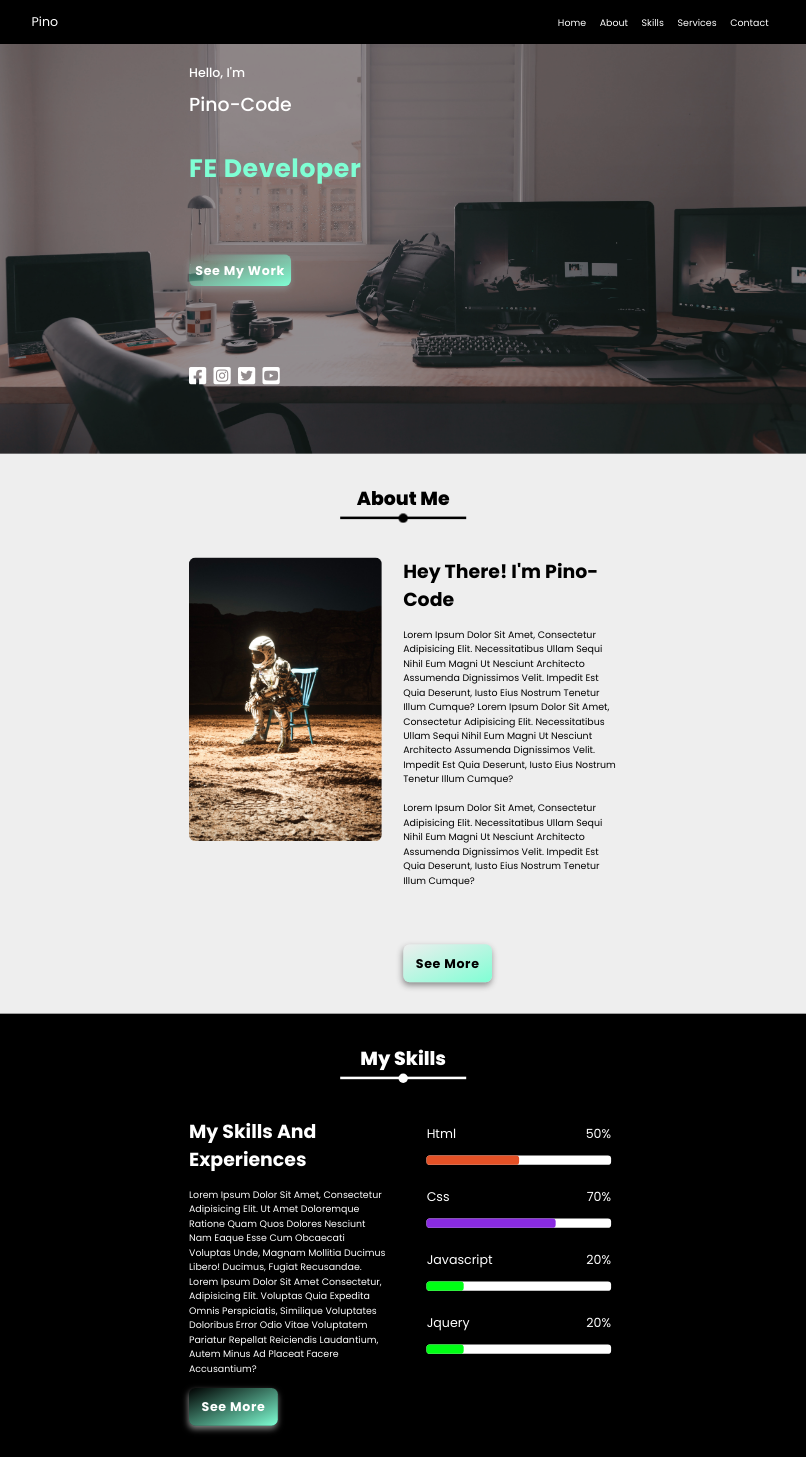
Repository: Pinocoding/New
Page: index.html
The author's editor kept a copy of each file at every save. The page is drawn from the files as they stood at one save, then again after the next save.
The browser window is 1280 px wide. The pictures show the whole page, at 63% of full size.
Backgrounds fixed to the window are drawn as part of the page.

Above is the page before, as saved 2021-10-13 22:45:48.

After the next save:
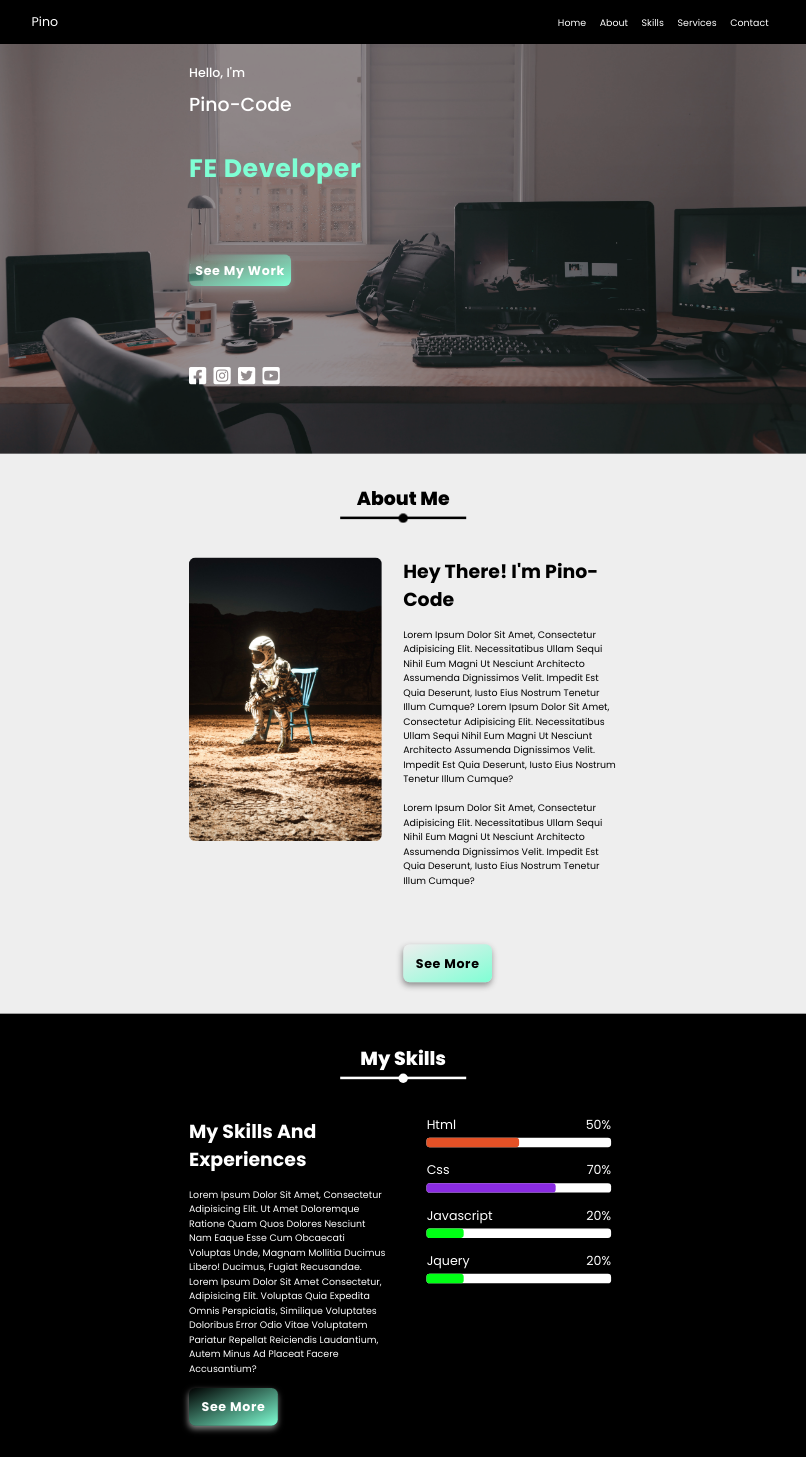
Saved 18 s later.
--- a/style.css
+++ b/style.css
@@ -294,6 +294,7 @@
 }
 
 .skills .content .col-right .bar .infor span {
+  line-height: 2px;
   font-size: 2rem;
 }
 /* thanh % */

After the save that followed:
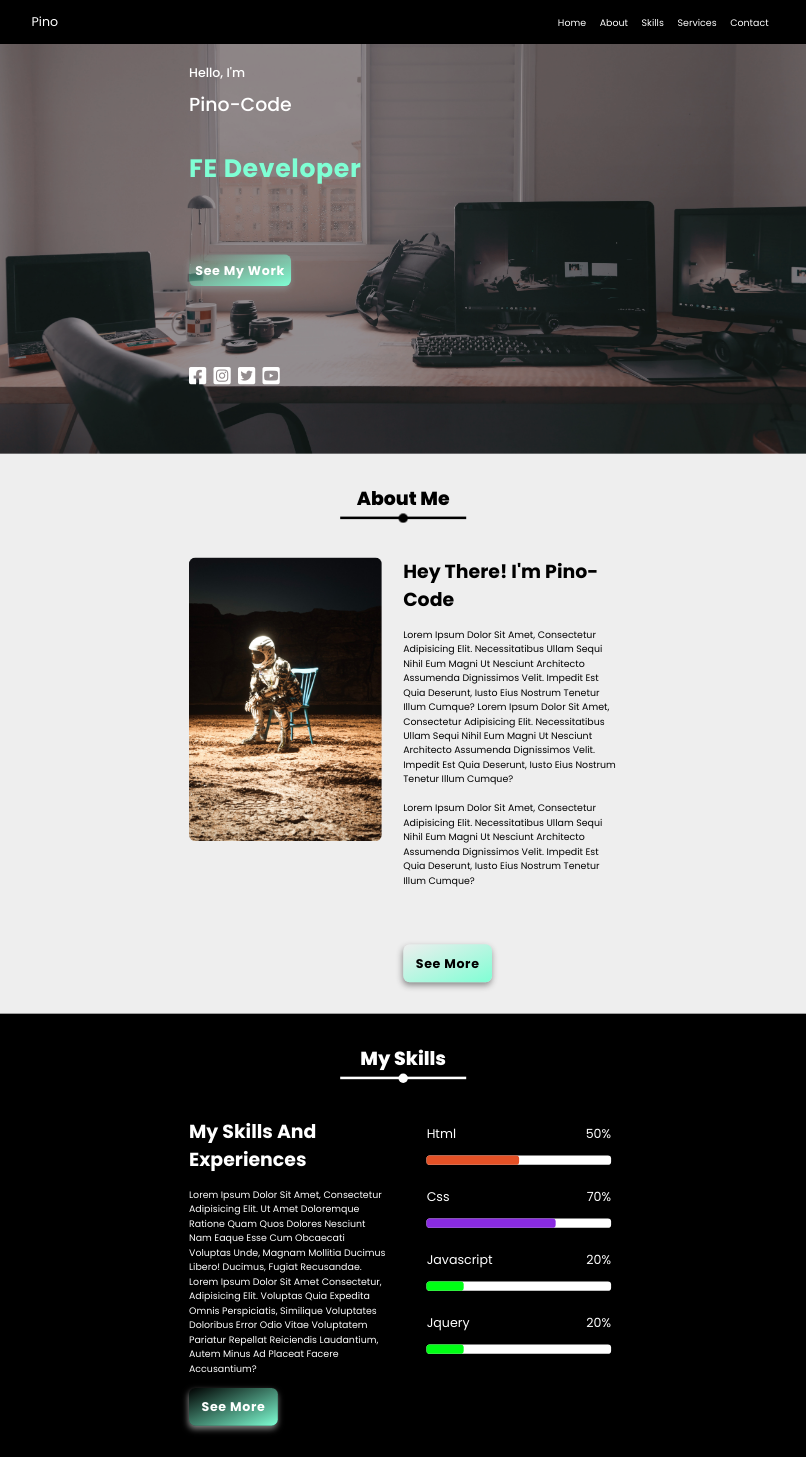
Saved 8 s later.
--- a/style.css
+++ b/style.css
@@ -294,7 +294,6 @@
 }
 
 .skills .content .col-right .bar .infor span {
-  line-height: 2px;
   font-size: 2rem;
 }
 /* thanh % */
